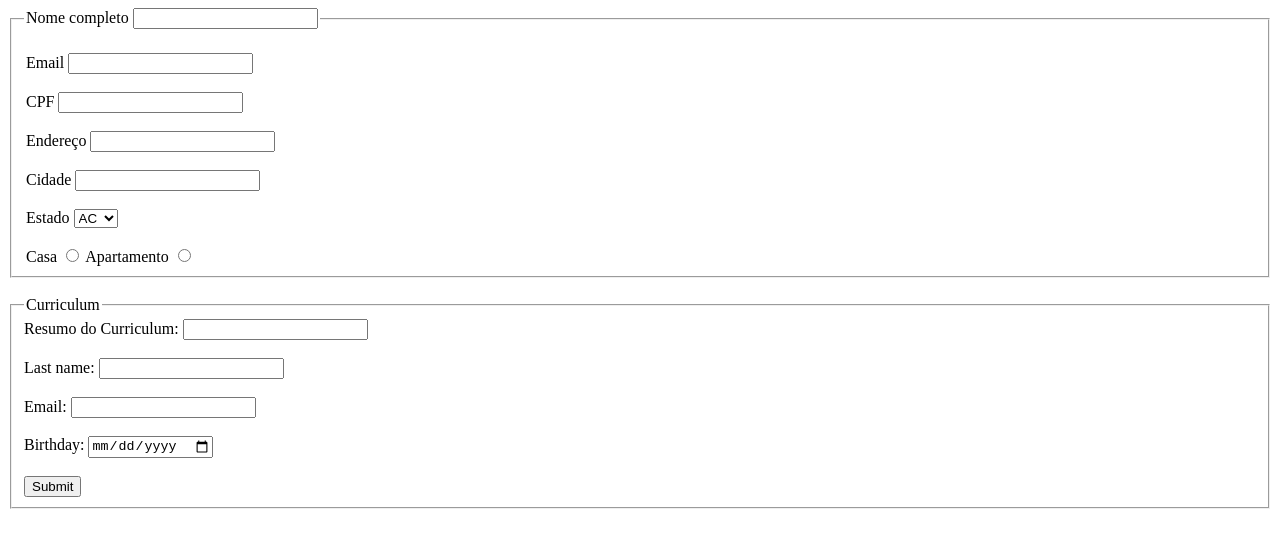
Repository: Parker9309/-trybe-exercises
Page: exercises/exercises-bloco6/html-e-css-forms-flexbox-e-responsivo_1/index.html
The author's editor kept a copy of each file at every save. The page is drawn from the files as they stood at one save, then again after a run of saves.
The browser window is 1280 px wide. The pictures show the whole page.

Above is the page before, as saved 2021-03-16 19:07:22.

### exercises/exercises-bloco6/html-e-css-forms-flexbox-e-responsivo_1/index.html
<!DOCTYPE html>
<html lang="pt-br">
<head>
  <meta charset="UTF-8">
  <meta http-equiv="X-UA-Compatible" content="IE=edge">
  <meta name="viewport" content="width=device-width, initial-scale=1.0">
  <title>Document</title>
</head>
<body>
  <form>
    <div id="forms">
    <fieldset>
      <legend>
        <label form="nome"> Nome completo
          <input type = "text" name="nome" id="nome" maxlength="40" required>
        </label>
      </legend>

  <br>

    <legend>
      <label form="mail"> Email
        <input type = "text" name="nome" id="mail" maxlength="50" required>
      </label>
    </legend>

  <br>

    <legend>
      <label form="cpf"> CPF
        <input type = "text" name="nome" id="cpf" maxlength="11" required>
      </label>
    </legend>

<br>

  <legend>
    <label form="nome"> Endereço
      <input type = "text" name="nome" id="endereço" maxlength="200" required>
    </label>
  </legend>

<br>

  <legend>
    <label form="nome"> Cidade
      <input type = "text" name="nome" id="city" maxlength="28" required>
    </label>
  </legend>

<br>

  <legend>
    <label form="nome"> Estado
      <select name="nome" id="estados" required>
    </label>
  </legend>

<br>

  <legend>
    <label form="nome"> Estado
      <select name="nome" id="estados" required>
    </label>
  </legend>

<br>

  <legend>
      <label form="nome">Casa</label>
      <input type="radio" name="nome" id="Moradia" required>
      <label form="nome">Apartamento</label>
      <input type="radio" name="nome" id="Moradia" required>
  </legend>
</fieldset>
<br>
<fieldset>
  <legend>Curriculum</legend>
  <label for="fname">Resumo do Curriculum:</label>
  <input type="text" id="fname" name="fname"><br><br>
  <label for="lname">Last name:</label>
  <input type="text" id="lname" name="lname"><br><br>
  <label for="email">Email:</label>
  <input type="email" id="email" name="email"><br><br>
  <label for="birthday">Birthday:</label>
  <input type="date" id="birthday" name="birthday"><br><br>
  <input type="submit" value="Submit">
</fieldset>
</div>
</form>
<script src = "script.js"></script>
</body>
</html>

### exercises/exercises-bloco6/html-e-css-forms-flexbox-e-responsivo_1/script.js
let opcoes = document.getElementById('estados');
function criarOpcoes() {
  let estadosBr = ['AC', 'AL', 'AP','AM', 'BA','CE', 'DF',
  'ES', 'GO', 'MA', 'MT', 'MS', 'MG', 'PA', 'PB', 'PR','PE', 'PI', 'RJ', 'RN', 'RS', 'RO', 'RR', 'SC', 'SP', 'SE', 'TO'];
  for (let stateIndex = 0; stateIndex < estadosBr.length; stateIndex += 1) {
    let opcao = document.createElement('option');
    opcao.value = estadosBr[stateIndex].toLowerCase();
    opcao.id = 'estados';
    opcao.innerHTML = estadosBr[stateIndex];
    opcoes.appendChild(opcao);
  }
}
criarOpcoes()

After the next 3 saves:
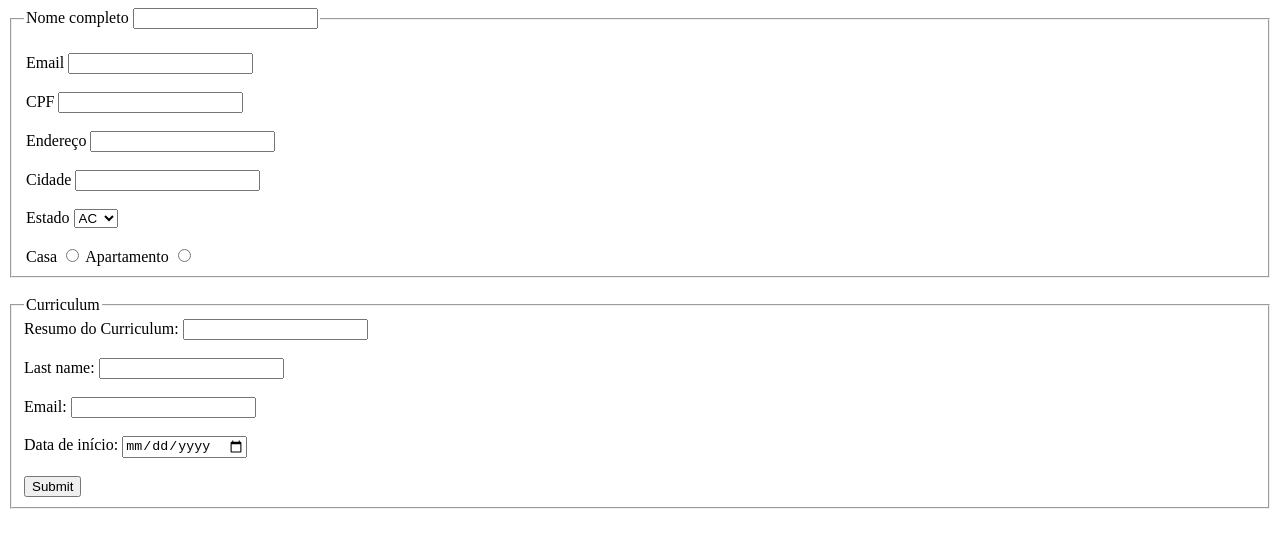
The 3 saves are shown as one change because they came seconds apart.
The last was saved 19 min 1 s later.
--- a/exercises/exercises-bloco6/html-e-css-forms-flexbox-e-responsivo_1/index.html
+++ b/exercises/exercises-bloco6/html-e-css-forms-flexbox-e-responsivo_1/index.html
@@ -82,7 +82,7 @@
   <input type="text" id="lname" name="lname"><br><br>
   <label for="email">Email:</label>
   <input type="email" id="email" name="email"><br><br>
-  <label for="birthday">Birthday:</label>
+  <label for="birthday">Data de início:</label>
   <input type="date" id="birthday" name="birthday"><br><br>
   <input type="submit" value="Submit">
 </fieldset>
